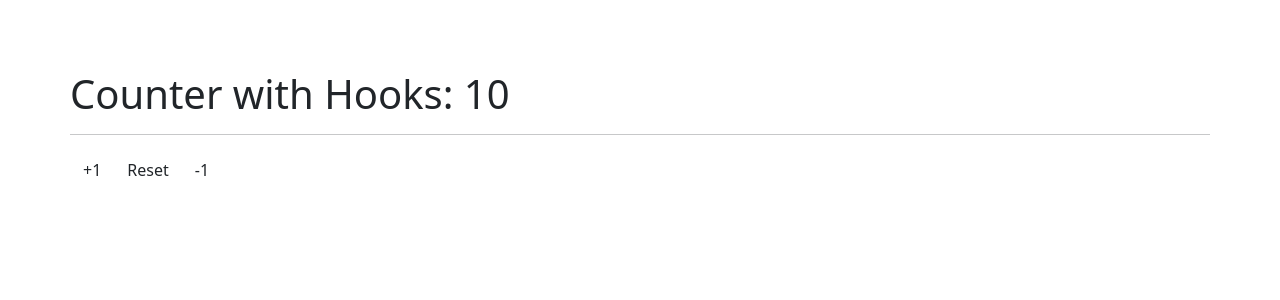
Repository: ppfeliuu/hooks-app
Page: /
These files come from the project's save history. The page is drawn as it stood at one moment and after the next save; the edit follows.
The browser window is 1280 px wide. The pictures show the whole page.
The project was rebuilt for these pictures with package versions that can differ from the ones it lists, and the page was loaded fresh each time. Also part of the build but not shown: src/components/01-useState/CounterApp.js, src/HookApp.js.

Above is the page before, as saved 2021-05-27 22:05:48.

### public/index.html
<!DOCTYPE html>
<html lang="en">
  <head>
    <meta charset="utf-8" />
    <link rel="icon" href="%PUBLIC_URL%/favicon.ico" />
    <meta name="viewport" content="width=device-width, initial-scale=1" />
    <meta name="theme-color" content="#000000" />
    <meta
      name="description"
      content="Web site created using create-react-app"
    />
    <link rel="apple-touch-icon" href="%PUBLIC_URL%/logo192.png" />
    <!--
      manifest.json provides metadata used when your web app is installed on a
      user's mobile device or desktop. See https://developers.google.com/web/fundamentals/web-app-manifest/
    -->
    <link rel="manifest" href="%PUBLIC_URL%/manifest.json" />
    <!--
      Notice the use of %PUBLIC_URL% in the tags above.
      It will be replaced with the URL of the `public` folder during the build.
      Only files inside the `public` folder can be referenced from the HTML.

      Unlike "/favicon.ico" or "favicon.ico", "%PUBLIC_URL%/favicon.ico" will
      work correctly both with client-side routing and a non-root public URL.
      Learn how to configure a non-root public URL by running `npm run build`.
    -->
    <link
      href="https://cdn.jsdelivr.net/npm/bootstrap@5.0.1/dist/css/bootstrap.min.css"
      rel="stylesheet"
      integrity="sha384-+0n0xVW2eSR5OomGNYDnhzAbDsOXxcvSN1TPprVMTNDbiYZCxYbOOl7+AMvyTG2x"
      crossorigin="anonymous"
    />
    <title>Hooks App</title>
  </head>
  <body>
    <noscript>You need to enable JavaScript to run this app.</noscript>
    <div id="root"></div>
    <!--
      This HTML file is a template.
      If you open it directly in the browser, you will see an empty page.

      You can add webfonts, meta tags, or analytics to this file.
      The build step will place the bundled scripts into the <body> tag.

      To begin the development, run `npm start` or `yarn start`.
      To create a production bundle, use `npm run build` or `yarn build`.
    -->
  </body>
</html>

### src/index.js
import React from "react";
import ReactDOM from "react-dom";
import { CounterApp } from "./components/01-useState/CounterApp";
import { CounterWithCustomHook } from "./components/01-useState/CounterWithCustomHook";
import { HookApp } from "./HookApp";

ReactDOM.render(<CounterWithCustomHook />, document.getElementById("root"));

### src/components/01-useState/CounterWithCustomHook.js
import React from "react";
import { useCounter } from "../../hooks/useCounter";
import "./counter.css";

export const CounterWithCustomHook = () => {
  const { state, increment, decrement, reset } = useCounter();
  return (
    <>
      <h1>Counter with Hooks: {state}</h1>
      <hr />

      <button className="btn" onClick={() => increment(2)}>
        +1
      </button>
      <button onClick={reset} className="btn">
        Reset
      </button>
      <button className="btn" onClick={() => decrement(2)}>
        -1
      </button>
    </>
  );
};

### src/hooks/useCounter.js
import { useState } from "react";

export const useCounter = (initialState = 10) => {
  const [state, setstate] = useState(initialState);

  const increment = (factor = 1) => {
    setstate(state + factor);
  };

  const decrement = (factor = 1) => {
    setstate(state - factor);
  };

  const reset = () => {
    setstate(initialState);
  };

  return {
    state,
    increment,
    decrement,
    reset,
  };
};

### src/components/02-useEffect/SimpleForm.js
import React from "react";
import "./effects.css";
export const SimpleForm = () => {
  return (
    <>
      <h1>Simple Form</h1>
      <hr />
    </>
  );
};

Loaded but not shown: src/components/01-useState/counter.css (common file); src/components/02-useEffect/effects.css (common file)

After the next save:
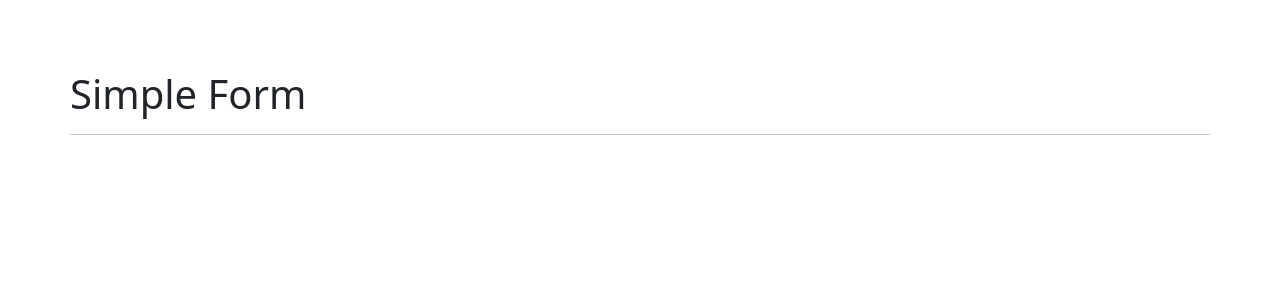
Saved 13 s later.
--- a/src/index.js
+++ b/src/index.js
@@ -2,6 +2,7 @@ import React from "react";
 import ReactDOM from "react-dom";
 import { CounterApp } from "./components/01-useState/CounterApp";
 import { CounterWithCustomHook } from "./components/01-useState/CounterWithCustomHook";
+import { SimpleForm } from "./components/02-useEffect/SimpleForm";
 import { HookApp } from "./HookApp";
 
-ReactDOM.render(<CounterWithCustomHook />, document.getElementById("root"));
+ReactDOM.render(<SimpleForm />, document.getElementById("root"));
